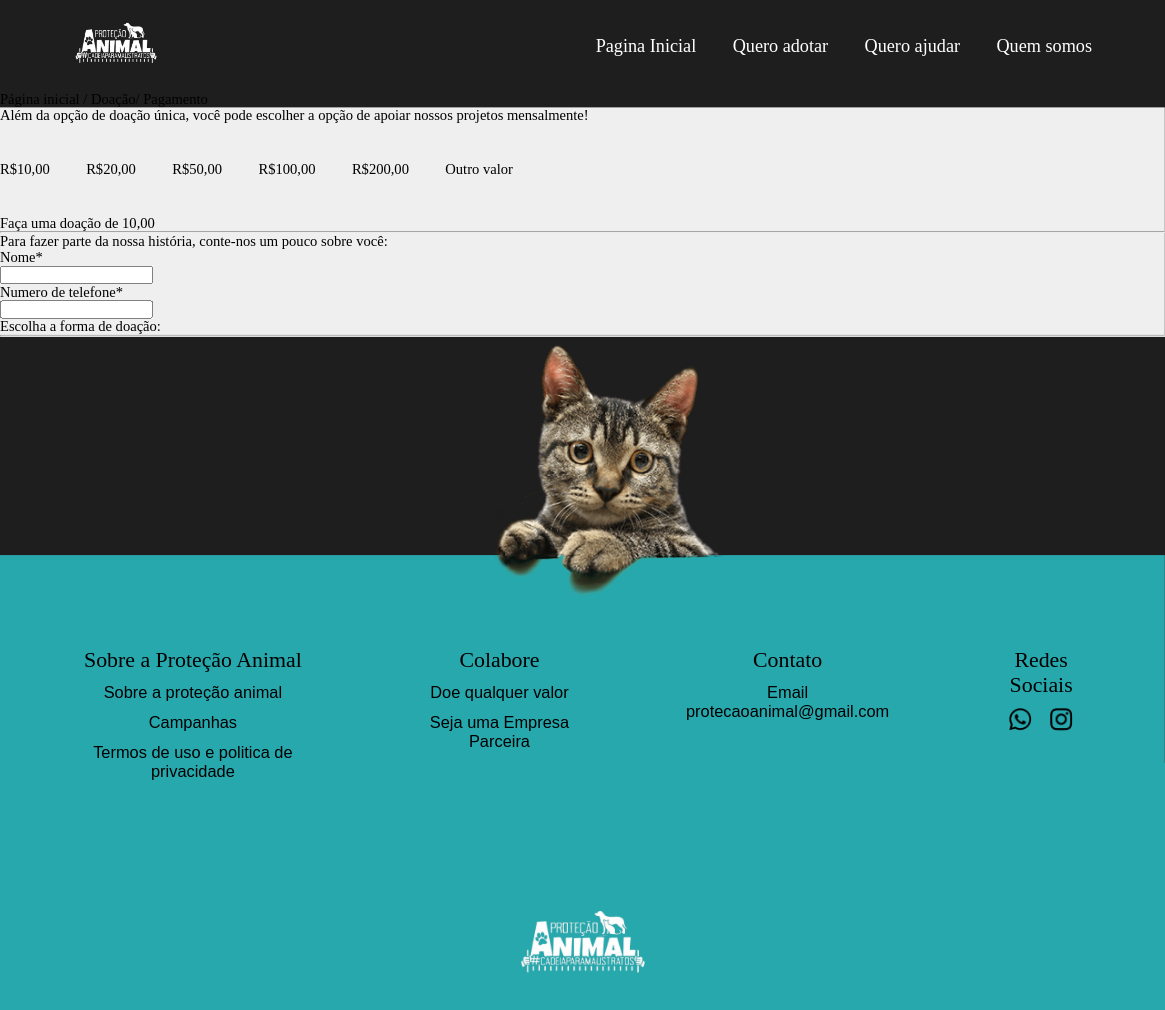
Repository: edjunior-nascimento/protecao-animal-web
Page: src/pages/formulario-doacao/index.html
The author's editor kept a copy of each file at every save. The page is drawn from the files as they stood at one save, then again after a run of saves.
The browser window is 1280 px wide. The pictures show the whole page, at 91% of full size.

Above is the page before, as saved 2025-02-22 03:52:23.

### src/pages/formulario-doacao/index.html
<!DOCTYPE html>
<html lang="pt">

<head>
    <meta charset="UTF-8">
    <meta name="viewport" content="width=device-width, initial-scale=1.0">
    <title>Proteção Animal</title>
    <link rel="preconnect" href="https://fonts.googleapis.com" />
    <link rel="preconnect" href="https://fonts.gstatic.com" crossorigin />
    <meta name="viewport" content="width=device-width, initial-scale=1.0" />
    <link rel="stylesheet" href="./style.css" />
    <link>
</head>

<body>
    <header>
        <div><img class="logo" src="/src/pages/images/logo.png" alt="logo Protecao animal" /></div>
        <nav>
            <ul>
                <li>
                    <a href="#">
                        <p>Pagina Inicial</p>
                    </a>
                </li>
                <li>
                    <a href="#">
                        <p>Quero adotar</p>
                    </a>
                </li>
                <li>
                    <a href="#">
                        <p>Quero ajudar</p>
                    </a>
                </li>
                <li>
                    <a href="#">
                        <p>Quem somos</p>
                    </a>
                </li>
            </ul>
        </nav>
    </header>
    <div>
        <div class="title">
            <p>Página inicial / Doação/ Pagamento</p>
        </div>
        <main class="container">
            <div class="sub-title">
                <p>Além da opção de doação única, você pode escolher a opção de apoiar nossos projetos mensalmente!</p>
            </div>
            <div class="valor">
                <div class="parcela">

                </div>
                <div class="cota">

                </div>
                <nav>
                    <ul>
                        <li><span>R$10,00</span></li>
                        <li><span>R$20,00</span></li>
                        <li><span>R$50,00</span></li>
                        <li><span>R$100,00</span></li>
                        <li><span>R$200,00</span></li>
                        <li><span>Outro valor</span></li>
                    </ul>
                </nav>
                <div class="res"><span>Faça uma doação de 10,00</span></div>
            </div>
            <hr>
            <div class="cad">
                <div class="sub-title">
                    <p>Para fazer parte da nossa história, conte-nos um pouco sobre você:</p>
                </div>
                <div class="dados">
                    <form action="/send" method="post" target="_blank" >
                        <label><p>Nome<span class="ast">*</span></p>
                        <input type="text" name="Nome" id="Nome*"></label>
                        <label><p>Numero de telefone<span class="ast">*</span></p><input type="text"></label>
                    </form>
                </div>
                <div class="cad">
                    <div class="sub-title">
                        <p>Escolha a forma de doação:</p>
                    </div>
                    <hr>
                    <form action="/send" method="post" target="_blank">
                        <label><p></p></label>
                        <label for=""></label>
                        <label for=""></label>
                        <label for=""></label>
                        <label for=""></label>
                        <label for=""></label>
                    </form>
                </div>
    </div>
    </main>
    <div class="gato"><img src="/src/pages/images/gato.png" alt=""></div>
    <footer>
        <div class="footer-container">
            <div class="footer-primary">
                <div class="footer-section-1">
                    <div>
                        <h4>Sobre a Proteção Animal</h4>
                    </div>
                    <div>
                        <p><a href="">Sobre a proteção animal</a></p>
                    </div>
                    <div>
                        <p><a href="">Campanhas</a></p>
                    </div>
                    <div>
                        <p><a href="">Termos de uso e politica de privacidade</a></p>
                    </div>
                </div>
                <div class="footer-section-2">
                    <div>
                        <h4>Colabore</h4>
                    </div>
                    <div>
                        <p><a href="">Doe qualquer valor</a></p>
                    </div>
                    <div>
                        <p><a href="">Seja uma Empresa Parceira</a></p>
                    </div>
                </div>
                <div class="footer-section-3">
                    <div>
                        <h4>Contato</h4>
                    </div>
                    <div>
                        <p>Email</p>
                        <p><a href="mailto:protecaoanimal@gmail.com">protecaoanimal@gmail.com</a></p>
                    </div>
                </div>
                <div class="footer-section-4">
                    <div>
                        <h4>Redes Sociais</h4>
                    </div>
                    <div class="social-icons">
                        <div>
                            <a href=""><img src="/src/pages/images/whatsAppIcon.png" alt="" /></a>
                        </div>
                        <div>
                            <a href=""><img src="/src/pages/images/instagramIcon.png" alt="" /></a>
                        </div>
                    </div>
                </div>
            </div>
        </div>
        <div class="footer-secondary">
            <img src="/src/pages/images/logo.png" alt="" />
        </div>
    </footer>
</body>

</html>

### src/pages/formulario-doacao/style.css
:root {
    --main-bg-color: #1e1e1e;
    --title-color: #27a8ad;
    --subtitle-color: #ffffff;
    --box-color: #ffffff;
    --link-nav-color: #ffffff;
    --card-title-color: #27a8ad;
    --footer-background: #27a8ad;
    --footer-font-color: #000000;
    --maim-color: #EFEFEF;
  }

  * {
    height: max-content;
    font-family: "Jockey One", serif;
    font-style: normal;
    margin: 0px;
    padding: 0px;
  }

  body {
    background-color: var(--main-bg-color);

  }

  a {
    text-decoration: none;
  }

  header {
    height: 100px;
    display: flex;
    flex-direction: row;
    justify-content: space-between;
    padding-inline: 80px
  }
  header div {
    display: flex;
    align-items: center;
  }
  .logo {
    height: 95px;
    width: auto;
  }
  nav {
    width: auto;
    height: 100px;
    display: flex;
    align-items: center;
  }

  nav ul {
    list-style-type: none;
    display: flex;
    gap: 40px;
  }

  nav ul li a {
    color: var(--link-nav-color);
    font-size: 20px;
    font-weight: 400;
  }
main {
  background-color:var(--maim-color) ;
}





  .gato {
    margin-left: 42%;
    margin-bottom: -25px;
    height: 265px;
    max-width: auto;}

  footer {
    height: 500px;
    max-height: auto;
    background-color: var(--footer-background);
    padding-inline: 80px;
  }

  .footer-container {
      width: auto;
      height: 70%;
      display: flex;
      align-items: center;
      justify-content: center;
  }

  .footer-primary {
    display: flex;
    flex-direction: row;
    gap: 111px;
    align-items: flex-start;
    justify-content: center;
  }

  .footer-primary p a {
      color: var(--footer-font-color);
      font-family: "Arial", sans-serif;
  }

  .footer-primary h4 {
    font-size: 24px;
    font-weight: 400;
  }

  .footer-primary p {
      font-size: 18px;
      font-weight: 400;
      font-family: "Arial", sans-serif;
  }

  .footer-secondary {
    width: auto;
    height: 30%;
    display: flex;
    align-items: center;
    justify-content: center;
  }

  .footer-secondary img {
      height: 145px;
      width: auto
  }

  .footer-section-1, .footer-section-2, .footer-section-3, .footer-section-4 {
      display: flex;
      flex-direction: column;
      text-align: center;
      gap: 12px;
  }

  .footer-section-4 {
      align-items: center;
  }

  .social-icons {
      display: flex;
      flex-direction: row;
      gap: 20px;
  }

After the next 2 saves:
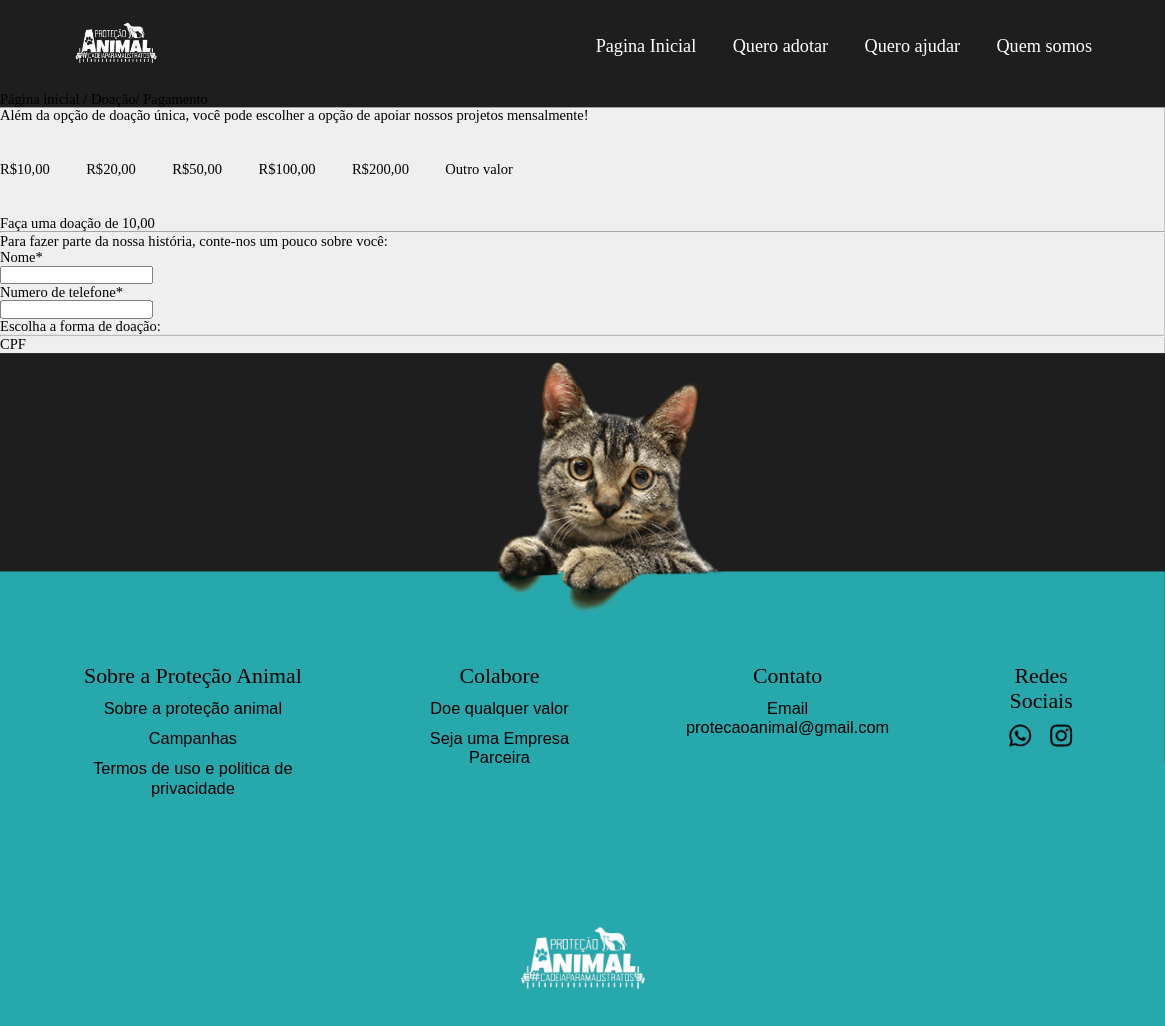
The 2 saves are shown as one change because they came seconds apart.
The last was saved 13 s later.
--- a/src/pages/formulario-doacao/index.html
+++ b/src/pages/formulario-doacao/index.html
@@ -85,7 +85,7 @@
                     </div>
                     <hr>
                     <form action="/send" method="post" target="_blank">
-                        <label><p></p></label>
+                        <label><p>CPF</p></label>
                         <label for=""></label>
                         <label for=""></label>
                         <label for=""></label>
